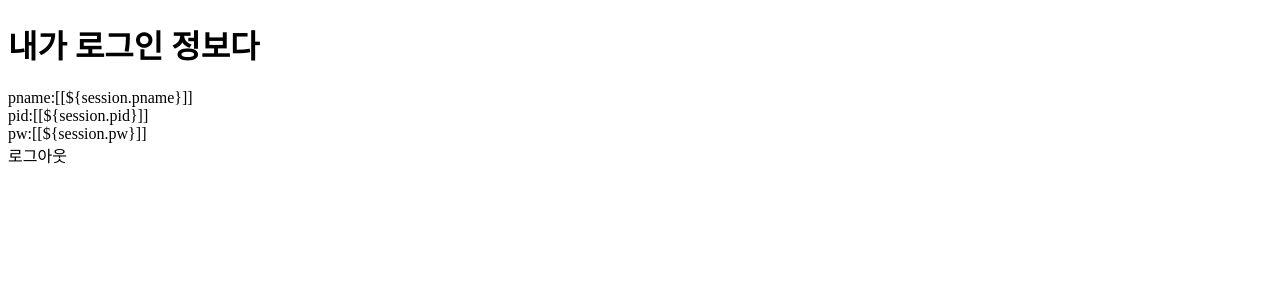
Repository: Yousehyeon/spring_work
Page: stsMvcProj/src/main/webapp/views/session/loginReg.html
An editor plug-in stored every save of this project. The page is shown before and after the next save, followed by the edit.
The browser window is 1280 px wide. The pictures show the whole page.

Above is the page before, as saved 2023-08-23 06:11:29.

### stsMvcProj/src/main/webapp/views/session/loginReg.html
<!DOCTYPE html>
<html xmlns="www.thymeleaf.org">
<head>
<meta charset="UTF-8">
<title>session/view</title>
</head>
<body>
<h1>내가 로그인 정보다</h1>
pname:[[${session.pname}]]<br/>
pid:[[${session.pid}]]<br/>
pw:[[${session.pw}]]<br/>
<a:href="logout">로그아웃</a>
</body>
</html>

After the next save:
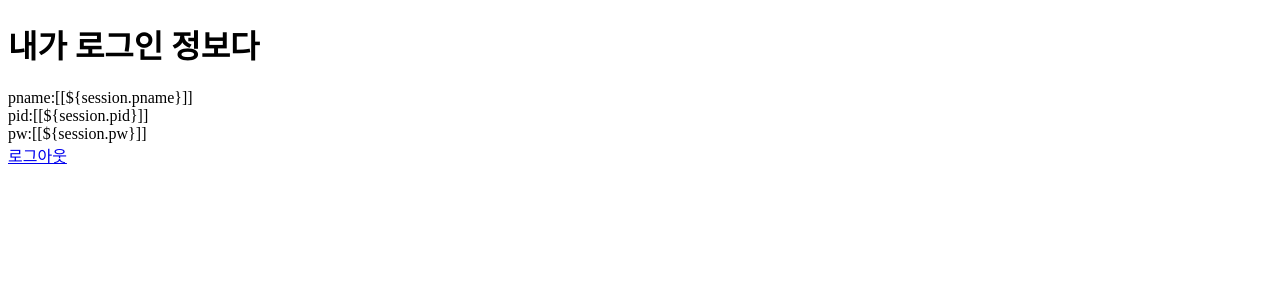
Saved 13 s later.
--- a/stsMvcProj/src/main/webapp/views/session/loginReg.html
+++ b/stsMvcProj/src/main/webapp/views/session/loginReg.html
@@ -9,6 +9,6 @@
 pname:[[${session.pname}]]<br/>
 pid:[[${session.pid}]]<br/>
 pw:[[${session.pw}]]<br/>
-<a:href="logout">로그아웃</a>
+<a href="logout">로그아웃</a>
 </body>
 </html>
